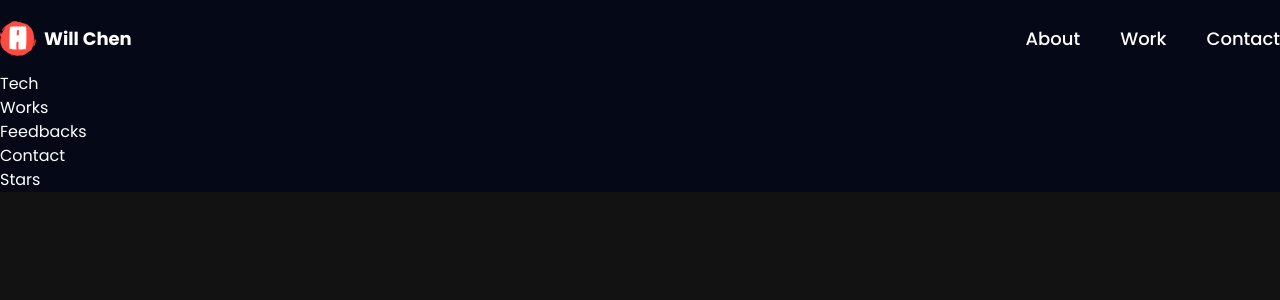
Repository: smallchungus/updatedPersonalWebsite
Page: /
These files come from the project's save history. The page is drawn as it stood at one moment and after the next save; the edit follows.
The browser window is 1280 px wide. The pictures show the whole page.
The project was rebuilt for these pictures with package versions that can differ from the ones it lists, and the page was loaded fresh each time. Also part of the build but not shown: vite.config.js, src/components/canvas/Earth.jsx, src/components/canvas/Ball.jsx, src/components/canvas/Computers.jsx.

Above is the page before, as saved 2023-11-26 10:55:55.

### index.html
<!doctype html>
<html lang="en">
  <head>
    <meta charset="UTF-8" />
    <link rel="icon" type="image/svg+xml" href="/logo.svg" />
    <meta name="viewport" content="width=device-width, initial-scale=1.0" />
    <title>Will | Portfolio</title>
  </head>
  <body>
    <div id="root"></div>
    <script type="module" src="/src/main.jsx"></script>
  </body>
</html>

### src/App.jsx
import { BrowserRouter } from "react-router-dom"
import {About, Contact, Experience, Feedbacks, Hero, Navbar,Tech, Works, StarsCanvas  } from './components'


const App = () => {

  return (
    <BrowserRouter>
    <div className ="relative z-0 bg-primary">
      <div className = "bg-hero-pattern bg-cover bg-center bg-no-repeat">
        <Navbar />
        <Hero />
      </div>
      <About />
      <Experience />
      <Tech />
      <Works />
      <Feedbacks />
      <div className ="relative z-0">
        <Contact />
        <StarsCanvas />
        </div>
    </div>

    </BrowserRouter>
  )
}

export default App

### src/components/Navbar.jsx
import React, {useEffect, useState } from 'react';
import { Link } from 'react-router-dom';

import { styles } from '../styles';
import { navLinks } from '../constants';
import {logo, menu, close } from '../assets';

const Navbar = () => {
  const [active, setActive] =useState('')
  return (
    <nav
      className={`${styles.paddindX} w-full flex items-center py-5 fixed top-0 z-20 bg-primary`}
    >
      <div className='w-full flex justify-between items-center max-w-7xl mx-auto'>
        <Link
          to='/'
          className="flex items-center gap-2"
            onClick={() =>{
            setActive("");
            window.scrollTo(0,0);
            }}
            >
              <img src={logo} alt="logo" className="w-9 h-9 object-contain" />
              <p className ="text-white text-[18px] font-bold cursor-pointer">Will Chen</p>
          </Link>
          <ul className="list-none hidden sm:flex flex-row gap-10">
            {navLinks.map((Link) => (
              <li
                key={Link.id}
                className={`${
                  active === Link.title
                  ? "text-white"
                  : "text-secondary"
                }hover:text-white text-[18px] font-medium
                cursor-pointer`}
                onClick={() => setActive(Link.title)}
              >
                <a href={`#${Link.id}`}>{Link.title}</a>
              </li>
            ))}
          </ul>
      </div>
    </nav>
  )
}

export default Navbar

### src/constants/index.js
import {
    mobile,
    backend,
    creator,
    web,
    javascript,
    typescript,
    html,
    css,
    reactjs,
    redux,
    tailwind,
    nodejs,
    mongodb,
    git,
    figma,
    docker,
    meta,
    starbucks,
    tesla,
    shopify,
    carrent,
    jobit,
    tripguide,
    threejs,
  } from "../assets";

  export const navLinks = [
    {
      id: "about",
      title: "About",
    },
    {
      id: "work",
      title: "Work",
    },
    {
      id: "contact",
      title: "Contact",
    },
  ];

  const services = [
    {
      title: "Web Developer",
      icon: web,
    },
    {
      title: "React Native Developer",
      icon: mobile,
    },
    {
      title: "Backend Developer",
      icon: backend,
    },
    {
      title: "Content Creator",
      icon: creator,
    },
  ];

  const technologies = [
    {
      name: "HTML 5",
      icon: html,
    },
    {
      name: "CSS 3",
      icon: css,
    },
    {
      name: "JavaScript",
      icon: javascript,
    },
    {
      name: "TypeScript",
      icon: typescript,
    },
    {
      name: "React JS",
      icon: reactjs,
    },
    {
      name: "Redux Toolkit",
      icon: redux,
    },
    {
      name: "Tailwind CSS",
      icon: tailwind,
    },
    {
      name: "Node JS",
      icon: nodejs,
    },
    {
      name: "MongoDB",
      icon: mongodb,
    },
    {
      name: "Three JS",
      icon: threejs,
    },
    {
      name: "git",
      icon: git,
    },
    {
      name: "figma",
      icon: figma,
    },
    {
      name: "docker",
      icon: docker,
    },
  ];

  const experiences = [
    {
      title: "React.js Developer",
      company_name: "Starbucks",
      icon: starbucks,
      iconBg: "#383E56",
      date: "March 2020 - April 2021",
      points: [
        "Developing and maintaining web applications using React.js and other related technologies.",
        "Collaborating with cross-functional teams including designers, product managers, and other developers to create high-quality products.",
        "Implementing responsive design and ensuring cross-browser compatibility.",
        "Participating in code reviews and providing constructive feedback to other developers.",
      ],
    },
    {
      title: "React Native Developer",
      company_name: "Tesla",
      icon: tesla,
      iconBg: "#E6DEDD",
      date: "Jan 2021 - Feb 2022",
      points: [
        "Developing and maintaining web applications using React.js and other related technologies.",
        "Collaborating with cross-functional teams including designers, product managers, and other developers to create high-quality products.",
        "Implementing responsive design and ensuring cross-browser compatibility.",
        "Participating in code reviews and providing constructive feedback to other developers.",
      ],
    },
    {
      title: "Web Developer",
      company_name: "Shopify",
      icon: shopify,
      iconBg: "#383E56",
      date: "Jan 2022 - Jan 2023",
      points: [
        "Developing and maintaining web applications using React.js and other related technologies.",
        "Collaborating with cross-functional teams including designers, product managers, and other developers to create high-quality products.",
        "Implementing responsive design and ensuring cross-browser compatibility.",
        "Participating in code reviews and providing constructive feedback to other developers.",
      ],
    },
    {
      title: "Full stack Developer",
      company_name: "Meta",
      icon: meta,
      iconBg: "#E6DEDD",
      date: "Jan 2023 - Present",
      points: [
        "Developing and maintaining web applications using React.js and other related technologies.",
        "Collaborating with cross-functional teams including designers, product managers, and other developers to create high-quality products.",
        "Implementing responsive design and ensuring cross-browser compatibility.",
        "Participating in code reviews and providing constructive feedback to other developers.",
      ],
    },
  ];

  const testimonials = [
    {
      testimonial:
        "I thought it was impossible to make a website as beautiful as our product, but Rick proved me wrong.",
      name: "Sara Lee",
      designation: "CFO",
      company: "Acme Co",
      image: "https://randomuser.me/api/portraits/women/4.jpg",
    },
    {
      testimonial:
        "I've never met a web developer who truly cares about their clients' success like Rick does.",
      name: "Chris Brown",
      designation: "COO",
      company: "DEF Corp",
      image: "https://randomuser.me/api/portraits/men/5.jpg",
    },
    {
      testimonial:
        "After Rick optimized our website, our traffic increased by 50%. We can't thank them enough!",
      name: "Lisa Wang",
      designation: "CTO",
      company: "456 Enterprises",
      image: "https://randomuser.me/api/portraits/women/6.jpg",
    },
  ];

  const projects = [
    {
      name: "Car Rent",
      description:
        "Web-based platform that allows users to search, book, and manage car rentals from various providers, providing a convenient and efficient solution for transportation needs.",
      tags: [
        {
          name: "react",
          color: "blue-text-gradient",
        },
        {
          name: "mongodb",
          color: "green-text-gradient",
        },
        {
          name: "tailwind",
          color: "pink-text-gradient",
        },
      ],
      image: carrent,
      source_code_link: "https://github.com/",
    },
    {
      name: "Job IT",
      description:
        "Web application that enables users to search for job openings, view estimated salary ranges for positions, and locate available jobs based on their current location.",
      tags: [
        {
          name: "react",
          color: "blue-text-gradient",
        },
        {
          name: "restapi",
          color: "green-text-gradient",
        },
        {
          name: "scss",
          color: "pink-text-gradient",
        },
      ],
      image: jobit,
      source_code_link: "https://github.com/",
    },
    {
      name: "Trip Guide",
      description:
        "A comprehensive travel booking platform that allows users to book flights, hotels, and rental cars, and offers curated recommendations for popular destinations.",
      tags: [
        {
          name: "nextjs",
          color: "blue-text-gradient",
        },
        {
          name: "supabase",
          color: "green-text-gradient",
        },
        {
          name: "css",
          color: "pink-text-gradient",
        },
      ],
      image: tripguide,
      source_code_link: "https://github.com/",
    },
  ];

  export { services, technologies, experiences, testimonials, projects };

### src/assets/index.js
import logo from "./logo.svg";
import backend from "./backend.png";
import creator from "./creator.png";
import mobile from "./mobile.png";
import web from "./web.png";
import github from "./github.png";
import menu from "./menu.svg";
import close from "./close.svg";

import css from "./tech/css.png";
import docker from "./tech/docker.png";
import figma from "./tech/figma.png";
import git from "./tech/git.png";
import html from "./tech/html.png";
import javascript from "./tech/javascript.png";
import mongodb from "./tech/mongodb.png";
import nodejs from "./tech/nodejs.png";
import reactjs from "./tech/reactjs.png";
import redux from "./tech/redux.png";
import tailwind from "./tech/tailwind.png";
import typescript from "./tech/typescript.png";
import threejs from "./tech/threejs.svg";

import meta from "./company/meta.png";
import shopify from "./company/shopify.png";
import starbucks from "./company/starbucks.png";
import tesla from "./company/tesla.png";

import carrent from "./carrent.png";
import jobit from "./jobit.png";
import tripguide from "./tripguide.png";

export {
  logo,
  backend,
  creator,
  mobile,
  web,
  github,
  menu,
  close,
  css,
  docker,
  figma,
  git,
  html,
  javascript,
  mongodb,
  nodejs,
  reactjs,
  redux,
  tailwind,
  typescript,
  threejs,
  meta,
  shopify,
  starbucks,
  tesla,
  carrent,
  jobit,
  tripguide,
};

Loaded but not shown: src/main.jsx (common file); src/index.css (common file); src/components/index.js (common file); src/components/canvas/index.js (common file); src/components/Hero.jsx (common file); src/components/About.jsx (common file); src/components/Tech.jsx (common file); src/components/Experience.jsx (common file); src/components/Works.jsx (common file); src/components/Feedbacks.jsx (common file); src/components/Contact.jsx (common file); src/components/canvas/Stars.jsx (common file); src/styles.js (common file); tailwind.config.js (common file)

After the next save:
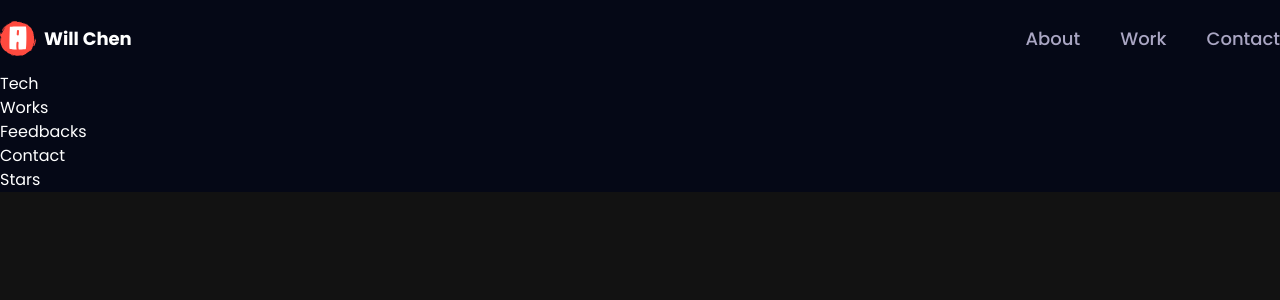
Saved 82 s later.
--- a/src/components/Navbar.jsx
+++ b/src/components/Navbar.jsx
@@ -31,7 +31,7 @@ const Navbar = () => {
                   active === Link.title
                   ? "text-white"
                   : "text-secondary"
-                }hover:text-white text-[18px] font-medium
+                } hover:text-white text-[18px] font-medium
                 cursor-pointer`}
                 onClick={() => setActive(Link.title)}
               >
